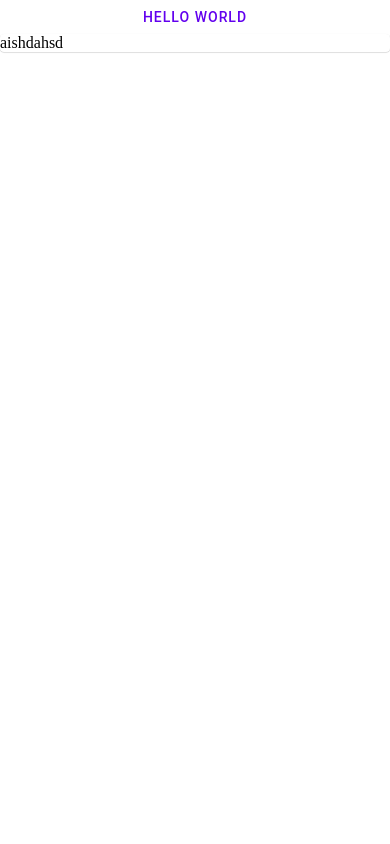
Repository: pascalgrim/GymTracker
Screen: /
These files come from the project's save history. The screen is drawn as it stood at one moment and after the next save; the edit follows.
The app was drawn by React Native's web renderer in a window 390 px wide. The project was rebuilt for these pictures with package versions that can differ from the ones it lists, and the page was loaded fresh each time. Also part of the build but not shown: components/menuCard.js, components/Dashboard.js, firebase.js, context/AuthContext.js.

Above is the screen before, as saved 2021-11-04 21:10:06.

### App.js
import { StatusBar } from "expo-status-bar";
import React from "react";
import {
  Button,
  StyleSheet,
  Text,
  View,
  TouchableOpacity,
  Image,
  SafeAreaView,
} from "react-native";
import MenuCard from "./components/menuCard";

// LOGOS
import mainLogo from "./imgs/mainLogo.png";
import SettingsIcon from "./imgs/mainSettings.png";

// ICONS FOR CARDS
import IconSessions from "./imgs/schreibe-brief.png";
import Dashboard from "./components/Dashboard";
import Signup from "./components/Signup";

export default function App() {
  return (
    <View >
      {/* <Dashboard/> */}
      <Signup/>

      <StatusBar style="auto" />
    </View>
  );
}

const styles = StyleSheet.create({
  container: {
    flex: 1,
    backgroundColor: "#131321",
    paddingLeft: 20,
    paddingRight: 20,
    paddingTop: 30,
    paddingBottom: 20,
  },
});

### components/Signup.js
import React from 'react'
import {Card, Button,TextField,Alert} from 'react-native-paper';
import { useRef ,useState} from 'react'
import { Link,Route,BrowserRouter as Router,Routes } from 'react-router-dom';
// import Button from '@mui/material/Button';
import {useAuth} from "../context/AuthContext"

export default function Signup() {
    const emailRef = useRef()
    const passwordRef = useRef()
    const passwordConfirmRef = useRef()
    const signup = useAuth()
    const [error,setError] = useState("")
    const [loading,setLoading] = useState(false)

    async function handleSubmit(e){
        e.preventDefault()
        console.log((passwordRef.current.value).length)

        if (passwordRef.current.value !== passwordConfirmRef.current.value){
            return setError("Passwords do not match.")
        }
        else if ((passwordRef.current.value).length < 6){
            return setError("Passwords must have at least 6 characters.")
        }
        try{
            setError("")
            setLoading(true)
            await signup(emailRef.current.value,passwordRef.current.value)
            history.push("/")
        }catch{
            setError("Failed to create an Account.")
        }
        setLoading(false)


    }
    return (
        <div>
        <Button>Hello World</Button>
        <Card>aishdahsd</Card>


        </div>

    )
}

After the next save:
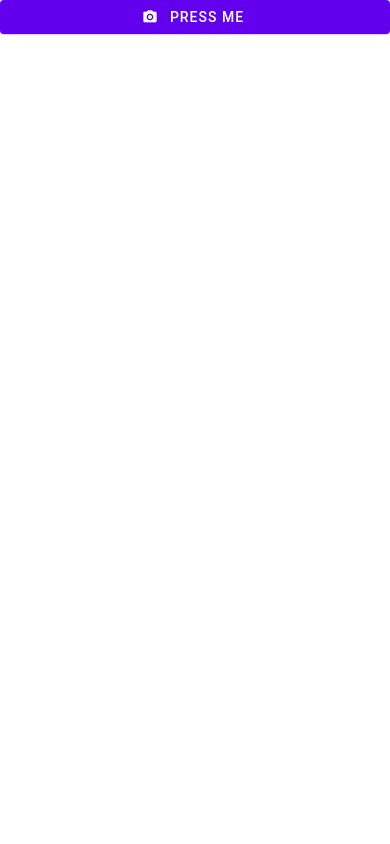
Saved 68 s later.
--- a/components/Signup.js
+++ b/components/Signup.js
@@ -37,8 +37,9 @@ export default function Signup() {
     }
     return (
         <div>
-        <Button>Hello World</Button>
-        <Card>aishdahsd</Card>
+        <Button icon="camera" mode="contained" onPress={() => console.log('Pressed')}>
+    Press me
+  </Button>
 
 
         </div>
